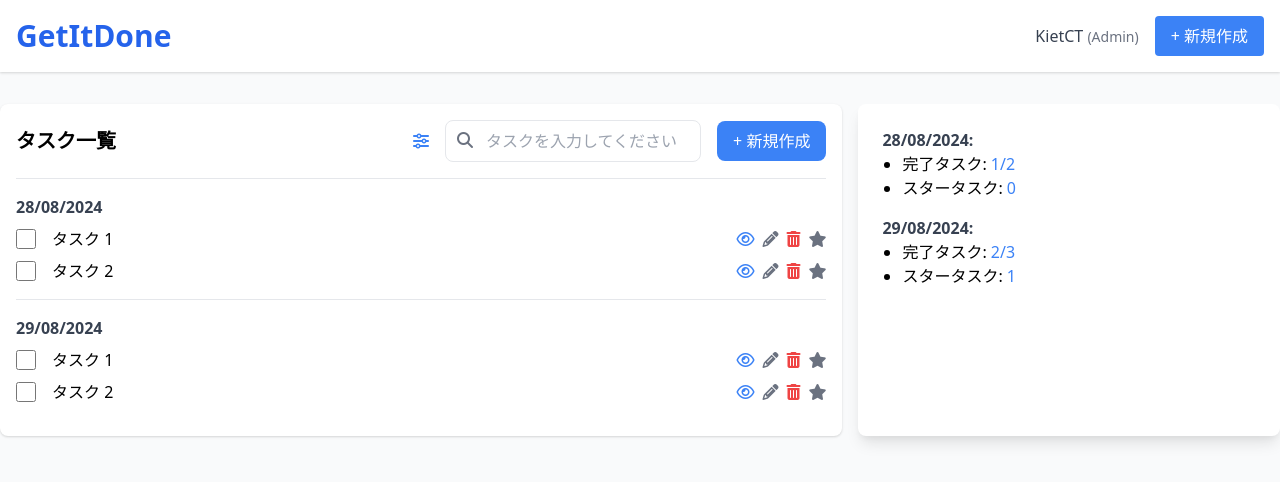
Repository: TuanAnhNguyen723/todolist
Page: mainscreen.html
An editor plug-in stored every save of this project. The page is shown before and after the next save, followed by the edit.
The browser window is 1280 px wide. The pictures show the whole page.
Some web libraries are served in a nearby version.

Above is the page before, as saved 2024-09-24 22:40:36.

### mainscreen.html
<!DOCTYPE html>
<html lang="ja">
  <head>
    <meta charset="UTF-8" />
    <meta name="viewport" content="width=device-width, initial-scale=1.0" />
    <title>GetItDone Task List</title>
    <link
      href="https://cdn.jsdelivr.net/npm/tailwindcss@2.2.19/dist/tailwind.min.css"
      rel="stylesheet"
    />
    <link
      rel="stylesheet"
      href="https://cdnjs.cloudflare.com/ajax/libs/font-awesome/6.6.0/css/all.min.css"
    />
    <script src="./mainscreen.js" defer></script>
  </head>
  <body class="bg-gray-50">
    <!-- Header Section -->
    <header class="bg-white shadow p-4 flex justify-between items-center">
      <div class="flex items-center">
        <h1 class="text-3xl font-bold text-blue-600">GetItDone</h1>
      </div>
      <div class="flex items-center">
        <span class="text-gray-700 mr-4"
          >KietCT <span class="text-sm text-gray-500">(Admin)</span></span
        >
        <button class="bg-blue-500 text-white px-4 py-2 rounded">
          + 新規作成
        </button>
      </div>
    </header>

    <!-- Main Section -->
    <main class="container mx-auto mt-8">
      <div class="flex justify-between">
        <!-- Task List -->
        <div class="w-2/3 bg-white p-4 shadow rounded-lg">
          <div class="flex justify-between items-center mb-4">
            <!-- Task List Title -->
            <h2 class="text-xl font-bold">タスク一覧</h2>

            <div class="flex items-center space-x-4">
              <!-- Filter Icon -->
              <button class="text-blue-500 hover:text-gray-700">
                <i class="fas fa-sliders-h"></i>
              </button>

              <!-- Search Input with Icon -->
              <div class="relative">
                <input
                  type="text"
                  class="border rounded-lg pl-10 pr-3 py-2 w-64"
                  placeholder="タスクを入力してください"
                />
                <!-- Search Icon -->
                <i
                  class="fas fa-search absolute left-3 top-3 text-gray-500"
                ></i>
              </div>

              <!-- New Task Button -->
              <button class="bg-blue-500 text-white px-4 py-2 rounded-lg">
                + 新規作成
              </button>
            </div>
          </div>

          <!-- Task Group 1 -->
          <div class="mb-4 border-t pt-4">
            <h3 class="font-bold text-gray-700">28/08/2024</h3>

            <!-- Task 1 -->
            <div class="flex justify-between items-center space-x-4 my-2">
              <div class="flex items-center space-x-4">
                <input
                  type="checkbox"
                  class="form-checkbox h-5 w-5 toggle-complete"
                />
                <span class="task-text">タスク 1</span>
              </div>
              <div class="flex space-x-2">
                <button class="text-blue-500 hover:text-blue-700">
                  <i class="fa fa-eye"></i>
                </button>
                <button class="text-gray-500 hover:text-gray-700">
                  <i class="fa fa-pencil"></i>
                </button>
                <button class="text-red-500 hover:text-red-700">
                  <i class="fa fa-trash"></i>
                </button>
                <button class="text-gray-500 hover:text-yellow-500 star-icon">
                  <i class="fa fa-star"></i>
                </button>
              </div>
            </div>

            <!-- Task 2 -->
            <div class="flex justify-between items-center space-x-4 my-2">
              <div class="flex items-center space-x-4">
                <input
                  type="checkbox"
                  class="form-checkbox h-5 w-5 toggle-complete"
                />
                <span class="task-text">タスク 2</span>
              </div>
              <div class="flex space-x-2">
                <button class="text-blue-500 hover:text-blue-700">
                  <i class="fa fa-eye"></i>
                </button>
                <button class="text-gray-500 hover:text-gray-700">
                  <i class="fa fa-pencil"></i>
                </button>
                <button class="text-red-500 hover:text-red-700">
                  <i class="fa fa-trash"></i>
                </button>
                <button class="text-gray-500 hover:text-yellow-500 star-icon">
                  <i class="fa fa-star"></i>
                </button>
              </div>
            </div>
          </div>

          <!-- Task Group 2 -->
          <div class="mb-4 border-t pt-4">
            <h3 class="font-bold text-gray-700">29/08/2024</h3>

            <!-- Task 1 -->
            <div class="flex justify-between items-center space-x-4 my-2">
              <div class="flex items-center space-x-4">
                <input
                  type="checkbox"
                  class="form-checkbox h-5 w-5 toggle-complete"
                />
                <span class="task-text">タスク 1</span>
              </div>
              <div class="flex space-x-2">
                <button class="text-blue-500 hover:text-blue-700">
                  <i class="fa fa-eye"></i>
                </button>
                <button class="text-gray-500 hover:text-gray-700">
                  <i class="fa fa-pencil"></i>
                </button>
                <button class="text-red-500 hover:text-red-700">
                  <i class="fa fa-trash"></i>
                </button>
                <button class="text-gray-500 hover:text-yellow-500 star-icon">
                  <i class="fa fa-star"></i>
                </button>
              </div>
            </div>

            <!-- Task 2 -->
            <div class="flex justify-between items-center space-x-4 my-2">
              <div class="flex items-center space-x-4">
                <input
                  type="checkbox"
                  class="form-checkbox h-5 w-5 toggle-complete"
                />
                <span class="task-text">タスク 2</span>
              </div>
              <div class="flex space-x-2">
                <button class="text-blue-500 hover:text-blue-700">
                  <i class="fa fa-eye"></i>
                </button>
                <button class="text-gray-500 hover:text-gray-700">
                  <i class="fa fa-pencil"></i>
                </button>
                <button class="text-red-500 hover:text-red-700">
                  <i class="fa fa-trash"></i>
                </button>
                <button class="text-gray-500 hover:text-yellow-500 star-icon">
                  <i class="fa fa-star"></i>
                </button>
              </div>
            </div>
          </div>
        </div>

        <!-- Task Completion Summary (Hiển thị luôn, không dùng popup) -->
        <div
          id="task-summary"
          class="w-1/3 bg-white p-6 rounded-lg shadow-lg ml-4"
        >
          <h3 class="font-bold text-gray-700">28/08/2024:</h3>
          <ul class="list-disc pl-5">
            <li>完了タスク: <span class="text-blue-500">1/2</span></li>
            <li>スタータスク: <span class="text-blue-500">0</span></li>
          </ul>

          <h3 class="font-bold text-gray-700 mt-4">29/08/2024:</h3>
          <ul class="list-disc pl-5">
            <li>完了タスク: <span class="text-blue-500">2/3</span></li>
            <li>スタータスク: <span class="text-blue-500">1</span></li>
          </ul>
        </div>
      </div>
    </main>

    <!-- Icons FontAwesome -->
    <script src="https://kit.fontawesome.com/a076d05399.js"></script>
  </body>
</html>

### mainscreen.js
      // Xử lý sự kiện khi click vào checkbox để gạch ngang hoặc bỏ gạch ngang
      document.querySelectorAll('.toggle-complete').forEach((checkbox) => {
        checkbox.addEventListener('change', function () {
          const taskText = this.parentElement.querySelector('.task-text');
          if (this.checked) {
            taskText.classList.add('line-through', 'text-gray-400');
          } else {
            taskText.classList.remove('line-through', 'text-gray-400');
          }
        });
      });

      // Xử lý sự kiện khi click vào icon ngôi sao
      document.querySelectorAll('.star-icon').forEach((star) => {
        star.addEventListener('click', function () {
          const taskText = this.parentElement.parentElement.querySelector('.task-text');
          // Toggle màu ngôi sao
          this.classList.toggle('text-yellow-500');
          // Toggle màu chữ của task
          if (this.classList.contains('text-yellow-500')) {
            taskText.classList.add('text-yellow-600');
          } else {
            taskText.classList.remove('text-yellow-600');
          }
        });
      });

After the next save:
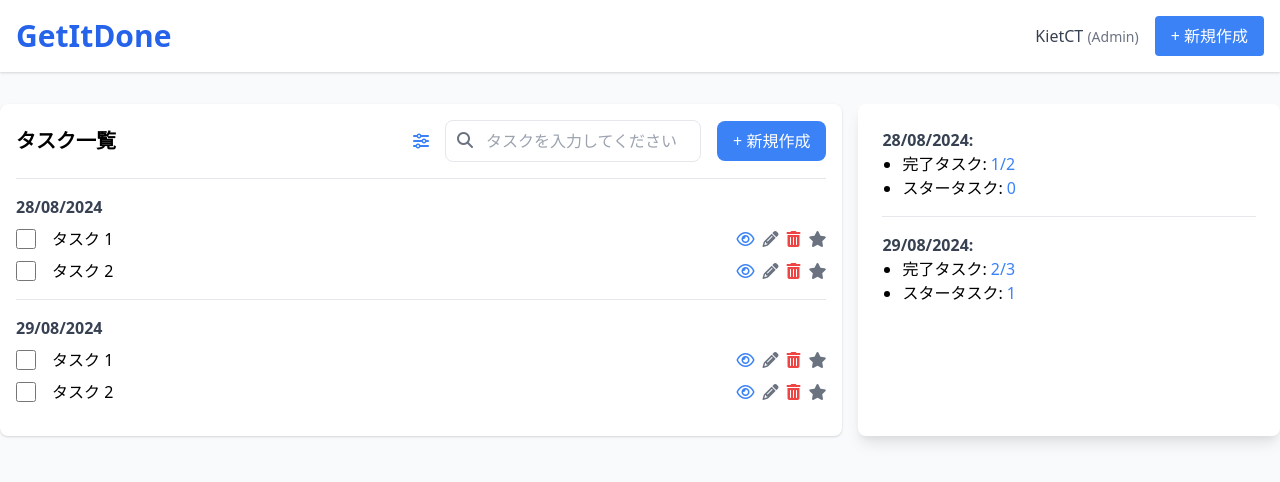
Saved 5 min 2 s later.
--- a/mainscreen.html
+++ b/mainscreen.html
@@ -187,7 +187,7 @@
             <li>スタータスク: <span class="text-blue-500">0</span></li>
           </ul>
 
-          <h3 class="font-bold text-gray-700 mt-4">29/08/2024:</h3>
+          <h3 class="font-bold text-gray-700 mt-4 border-t pt-4">29/08/2024:</h3>
           <ul class="list-disc pl-5">
             <li>完了タスク: <span class="text-blue-500">2/3</span></li>
             <li>スタータスク: <span class="text-blue-500">1</span></li>
